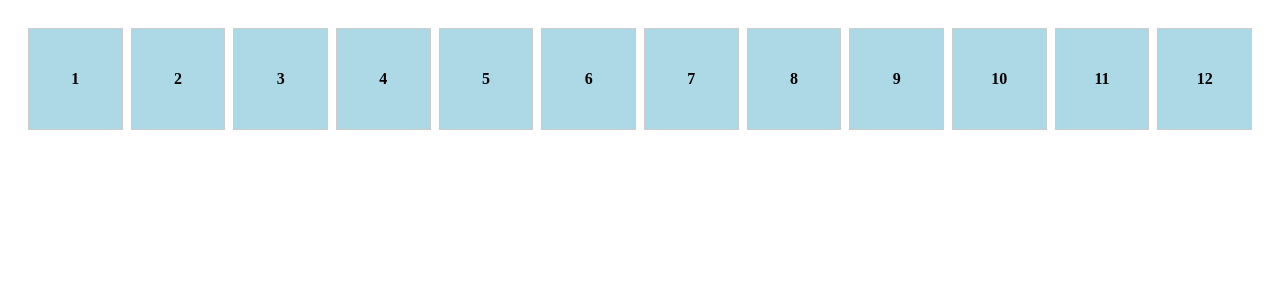
Repository: Yeshwanth-189/little-lemon
Page: / (app in little-lemon/)
The author's editor kept a copy of each file at every save. The page is drawn from the files as they stood at one save, then again after the next save.
The browser window is 1280 px wide. The pictures show the whole page.
The project was rebuilt for these pictures with package versions that can differ from the ones it lists, and the page was loaded fresh each time.

Above is the page before, as saved 2025-04-26 15:18:59.

After the next save:
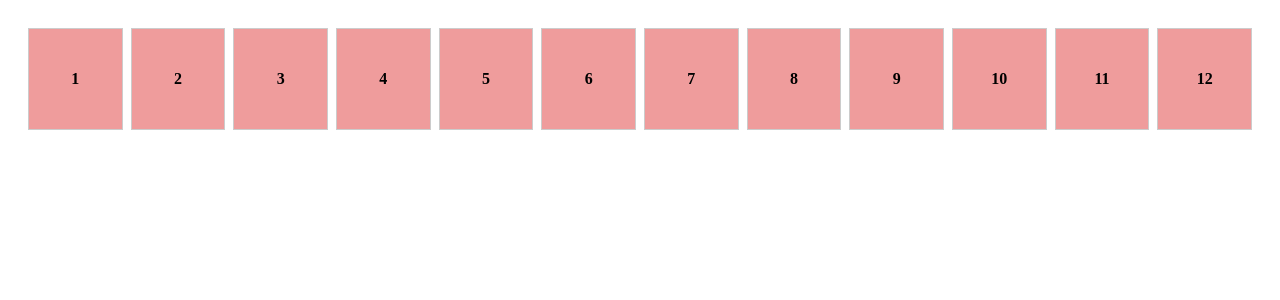
Saved 33 s later.
--- a/little-lemon/src/App.css
+++ b/little-lemon/src/App.css
@@ -8,7 +8,7 @@
 
 /* Each column item */
 .column {
-  background-color: lightblue;
+  background-color: rgb(239, 156, 156);
   border: 1px solid #ccc;
   min-height: 100px; /* just to see the box */
   display: flex;
